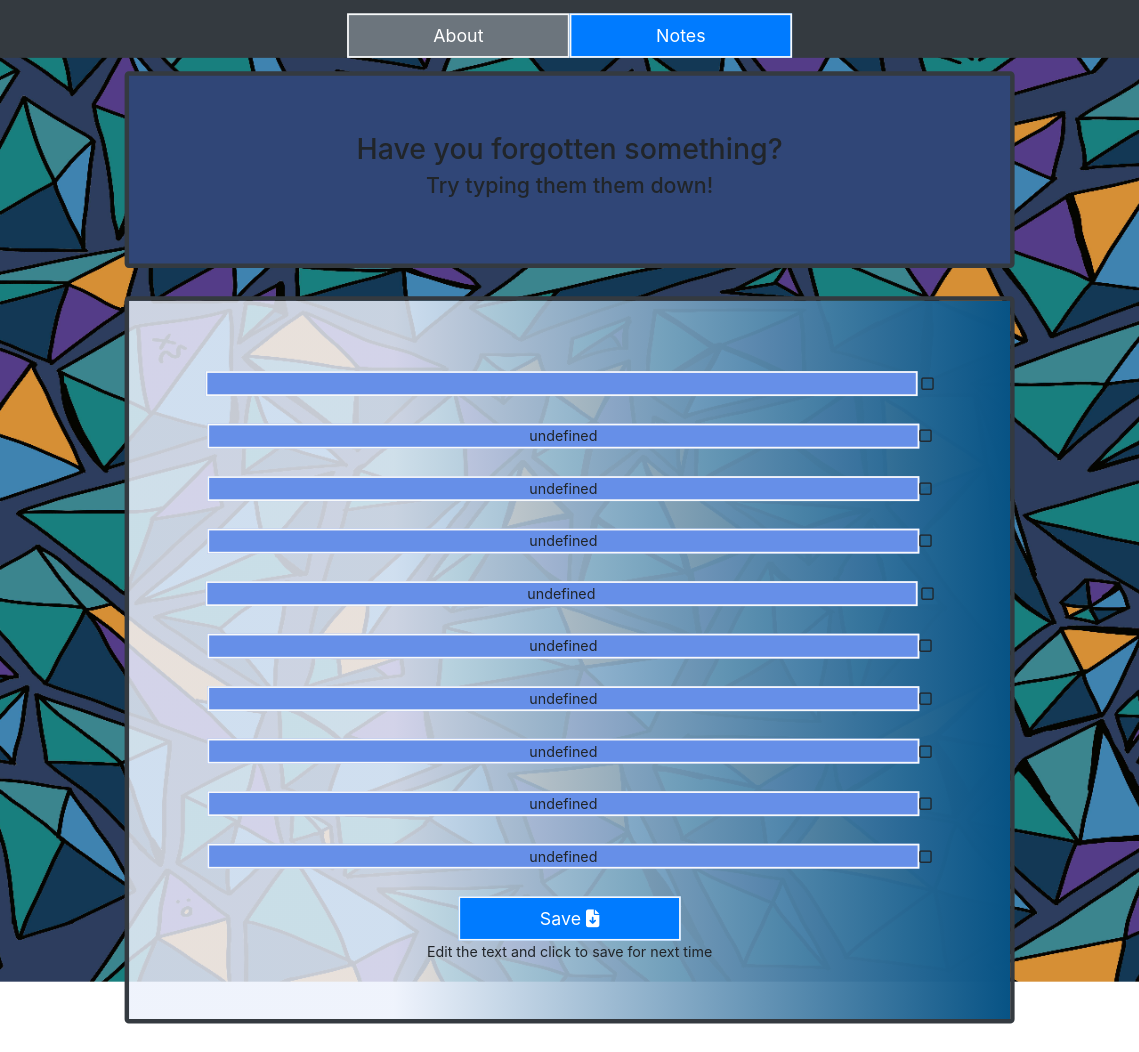
Repository: Kamicoda/Mynote
Page: index.html
The author's editor kept a record of every edit. The page is drawn from the files as they stood at one moment, then again after the next edit.
The browser window is 1280 px wide. The pictures show the whole page, at 89% of full size.
Backgrounds fixed to the window are drawn as part of the page. Some web fonts or font styles are not loaded; a fallback is used. Some web libraries are served in a nearby version.

Above is the page before.

After the next edit:
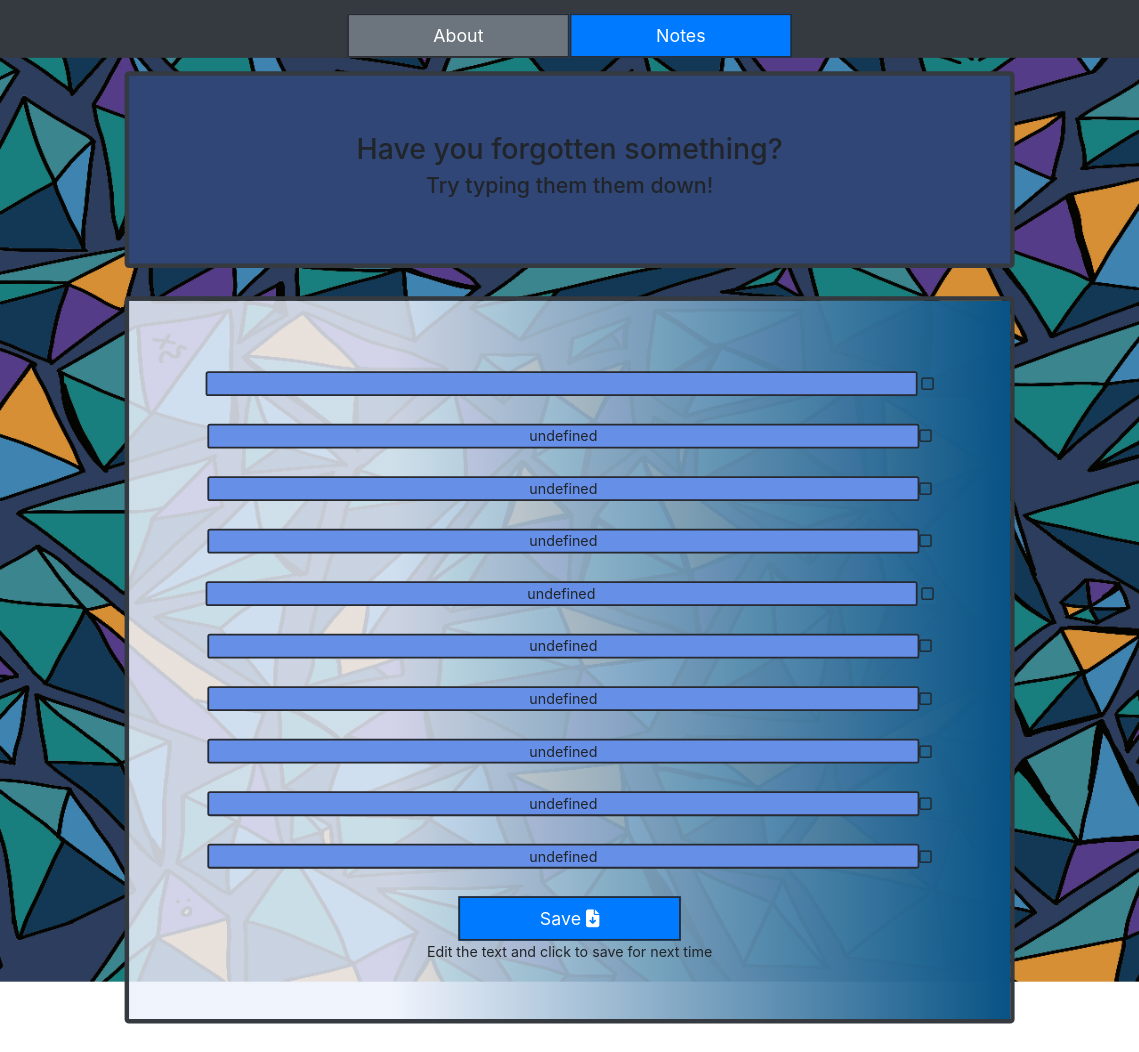
The edit:
--- a/assets/style/style.css
+++ b/assets/style/style.css
@@ -56,7 +56,8 @@
     border-width: 2px !important;
 
     border-bottom-style: solid;
-    border-color: rgba(39, 42, 48, 1);
+    border-color: rgba(39, 42, 48, 1) !important;
+    border-radius: 3px;
 }
 
 .bgbody {
